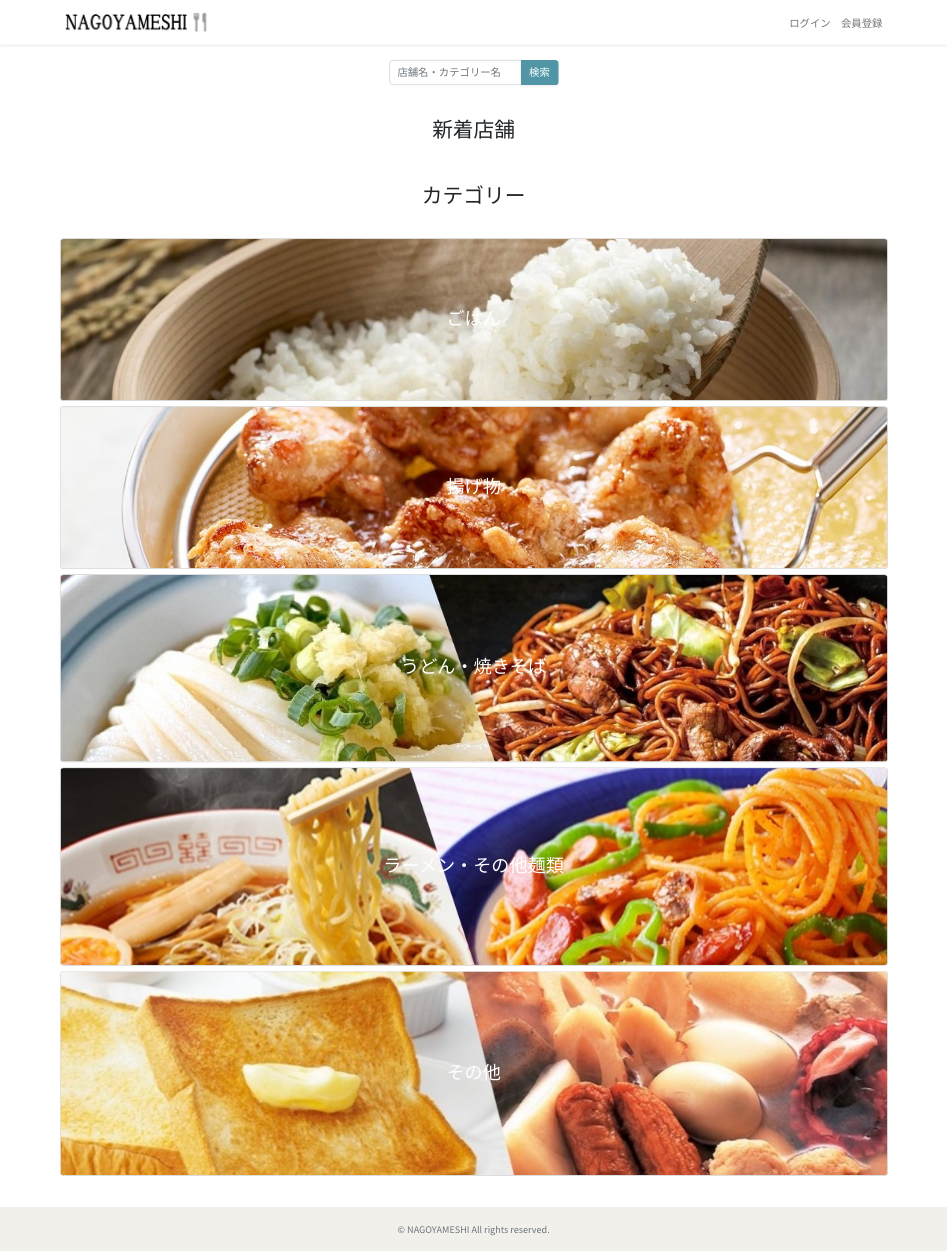
Repository: Yoshidak-ta/nagoyameshi
Page: http://localhost/index
An editor plug-in stored every save of this project. The page is shown before and after the next save, followed by the edit.
The browser window is 1280 px wide. The pictures show the whole page, at 74% of full size.
The page is this project's Thymeleaf template; nobody is signed in. The template is opened directly, without the code that normally fills it, so the values that code supplies are empty.

Above is the page before, as saved 2024-02-16 09:16:50.

After the next save:
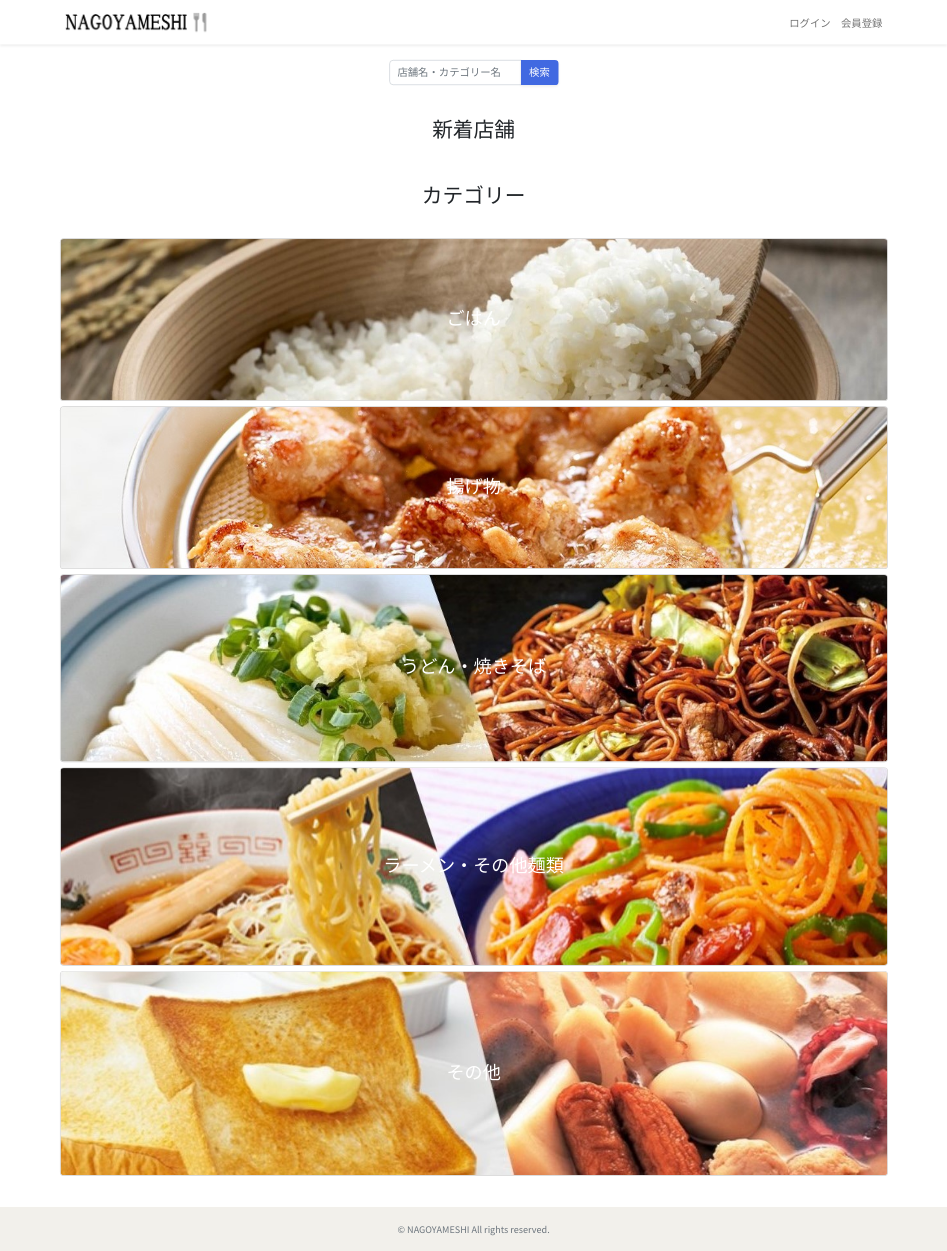
Saved 31 s later.
--- a/nagoyameshi/src/main/resources/static/css/style.css
+++ b/nagoyameshi/src/main/resources/static/css/style.css
@@ -11,12 +11,12 @@ html {
  }
 
  a {
-   color: #5196a6;
+   color: #4169e1;
    text-decoration: none !important;
  }
 
  a:hover {
-     color: #407784;
+     color: #7fffd4;
  }
 
  footer {
@@ -43,7 +43,7 @@ html {
  }
 
  .nagoyameshi-btn {
-   background-color: #5196a6 !important;
+   background-color: #4169e1 !important;
    transition: 0.1s;
  }
 
@@ -52,16 +52,16 @@ html {
  }
 
  .nagoyameshi-page link {
-	 color: #5196a6;
+	 color: #4169e1;
  }
 
  .nagoyameshi-page-link:hover {
-	 color: #407784;
+	 color: #7fffd4;
  }
 
  .nagoyameshi-active {
-	 background-color: #5196a6 !important;
-	 border-color: #5196a6 !important;
+	 background-color: #4169e1 !important;
+	 border-color: #4169e1 !important;
  }
 
 
